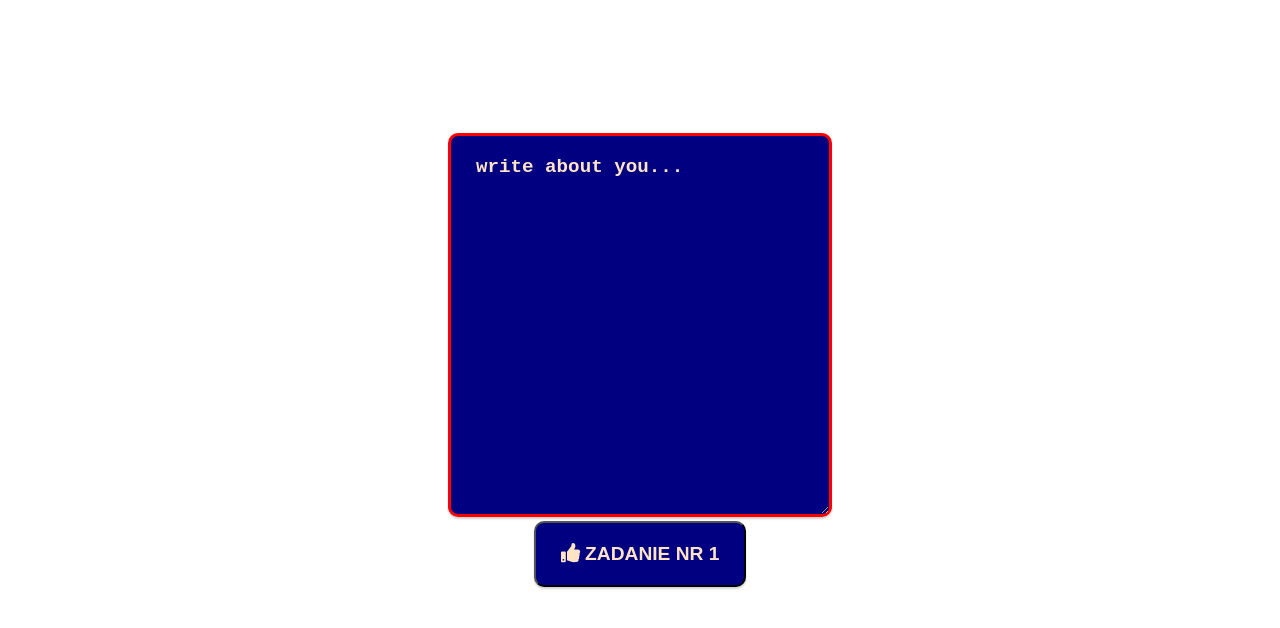
Repository: KrzysKolo/sr_tydzien3_zad_1_2_3
Page: /
An editor plug-in stored every save of this project. The page is shown before and after the next save, followed by the edit.
The browser window is 1280 px wide. The pictures show the whole page.
The project was rebuilt for these pictures with package versions that can differ from the ones it lists, and the page was loaded fresh each time.

Above is the page before, as saved 2020-11-02 16:45:38.

After the next save:
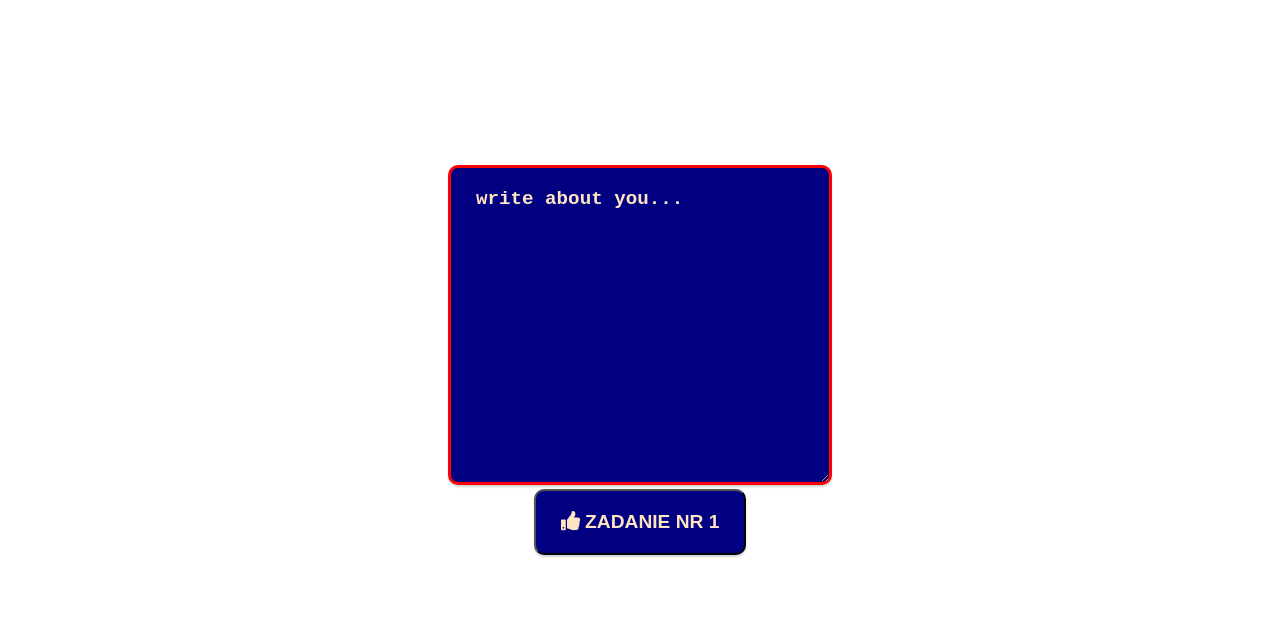
Saved 11 s later.
--- a/src/components/Form/Textarea.js
+++ b/src/components/Form/Textarea.js
@@ -11,7 +11,7 @@ const Textarea = ({value, color, bgColor, borderSize, borderRadius, borderColor}
     color: ${color};
     font-weight: bold;
     font-size: 1.2rem;
-    height: 30vw;
+    height: 25vw;
     outline: 0;
     padding: 20px 25px;
     width: 30vw;
